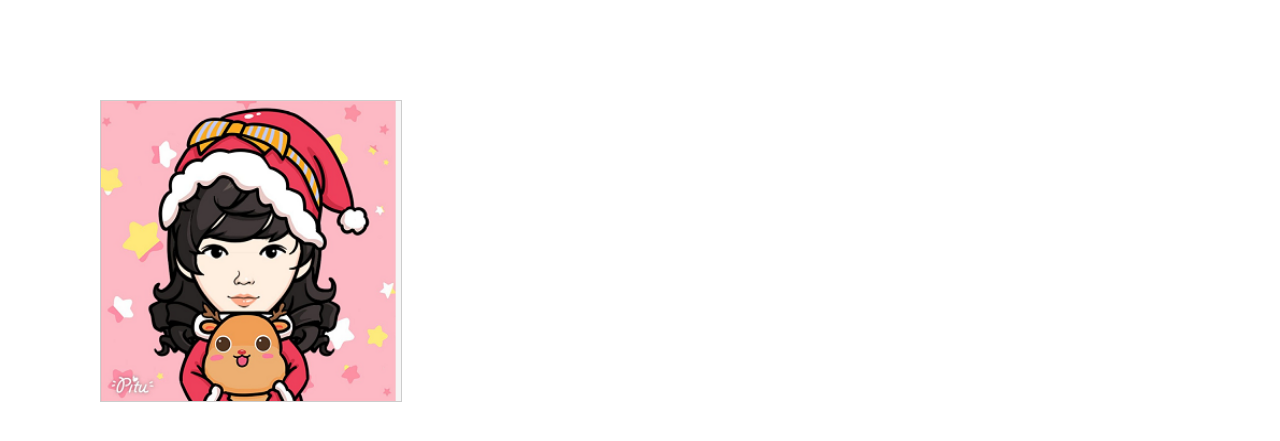
Repository: flyingBirder/webapp
Page: src/views/图片放大2/index.html
The author's editor kept a copy of each file at every save. The page is drawn from the files as they stood at one save, then again after the next save.
The browser window is 1280 px wide. The pictures show the whole page.

Above is the page before, as saved 2018-09-13 16:21:05.

### src/views/图片放大2/index.html
<!DOCTYPE html>
<html lang="en">

<head>
  <meta charset="UTF-8">
  <title>图片放大</title>
  <style>
    * {
      margin: 0px;
      padding: 0px;
    }

    .small-box {
      width: 300px;
      height: 300px;
      margin-left: 100px;
      margin-top: 100px;
      border: 1px #ccc solid;
      cursor: move;
      float: left;
      position: relative;
    }

    .small-box img {
      width: 300px;
      height: 300px;
    }

    .tool {
      width: 150px;
      height: 150px;
      background-color: gold;
      opacity: 0.6;
      filter: alpha(opacity=60);
      position: absolute;
      left: 0px;
      top: 0px;
      display: none;
    }

    .tool.active {
      display: block;
    }

    .big-box {
      width: 300px;
      height: 300px;
      border: 1px #ccc solid;
      overflow: hidden;
      float: left;
      margin-top: 100px;
      position: relative;
      display: none;
    }

    .big-box.active {
      display: block;
    }

    .big-box img {
      width: 600px;
      height: 600px;
      position: absolute;
    }
  </style>
</head>

<body>
  <div class="small-box" id="smallBox">
    <img src="img1.jpg" />
    <div class="tool" id="tool"></div>
  </div>
  <div class="big-box" id="bigBox">
    <img src="img1.jpg" id="bigImg" />
  </div>
  <script>
    /*
     第一步：当页面加载完后，获取所要操作的节点对象。
     第二步：为smallBox添加一个鼠标浮动事件
        当鼠标浮动到smallBox可视区域的时候，显示出小黄盒子tool
        和右边的大盒子（小黄盒子的放大版）bigBox
        添加active

       为smallBox添加一个鼠标离开事件
        隐藏小黄盒子和右边的大盒子
        去掉active

     第三步：为smallBox添加一个鼠标移动事件
       小黄盒子tool要跟着鼠标的坐标移动
       右边的大盒子里的图片也跟着指定的比例移动
    */
    var smallBox = document.getElementById("smallBox");//小盒子
    var tool = document.getElementById("tool");//小盒子中的黄色区域
    var bigBox = document.getElementById("bigBox");//大盒子
    var bigImg = document.getElementById("bigImg");//放大的图片
    //鼠标进入小盒子区域内，显示黄色区域和大盒子
    smallBox.onmouseenter = function () {
      tool.className = "tool active";
      bigBox.className = "big-box active";
    }
    //鼠标离开小盒子区域，不显示黄色区域和大盒子
    smallBox.onmouseleave = function () {
      tool.className = "tool";
      bigBox.className = "big-box";
    }
    //鼠标在小盒子内移动
    smallBox.onmousemove = function (e) {
      var _e = window.event || e;//事件对象
      var x = _e.clientX - this.offsetLeft - tool.offsetWidth / 2;//事件对象在小盒子内的横向偏移量
      var y = _e.clientY - this.offsetTop - tool.offsetHeight / 2;//竖向偏移量
      if (x < 0) {
        x = 0;//当左偏移出小盒子时，设为0
      }
      if (y < 0) {
        y = 0;//当上偏移出小盒子时，设为0
      }
      if (x > this.offsetWidth - tool.offsetWidth) {
        x = this.offsetWidth - tool.offsetWidth;//当右偏移出小盒子时，设为小盒子的宽度-黄色放大区域宽度
      }
      if (y > this.offsetHeight - tool.offsetHeight) {
        y = this.offsetHeight - tool.offsetHeight;//当下偏移出小盒子时，设为小盒子的高度-黄色放大区域高度
      }
      tool.style.left = x + "px";//黄色放大区域距离小盒子左偏距
      tool.style.top = y + "px";//黄色放大区域距离小盒子上偏距
      bigImg.style.left = -x * 2 + "px";//放大图片移动方向相反，偏移距离加倍
      bigImg.style.top = -y * 2 + "px";
    }
  </script>
</body>

</html>

After the next save:
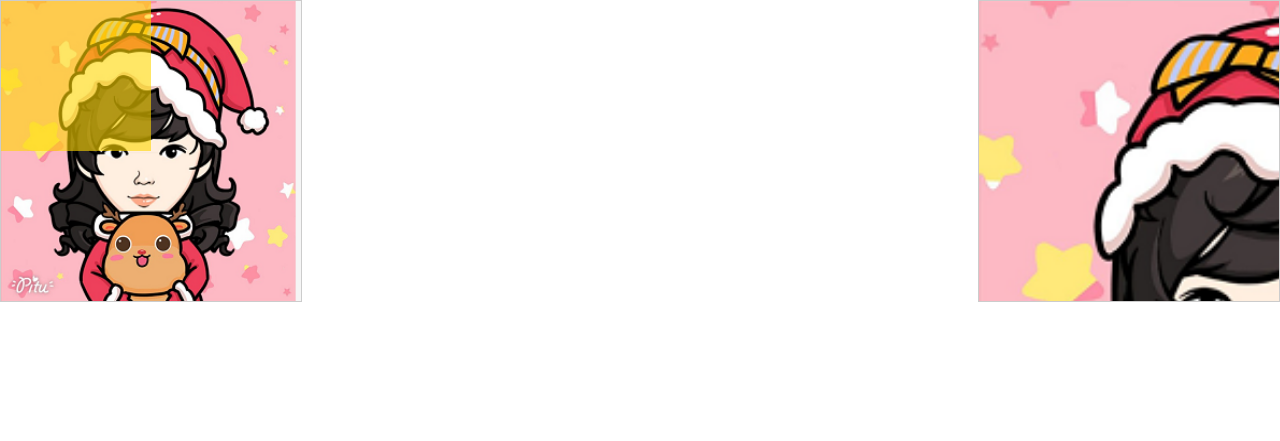
Saved 17 h 54 min later.
--- a/src/views/图片放大2/index.html
+++ b/src/views/图片放大2/index.html
@@ -13,8 +13,7 @@
     .small-box {
       width: 300px;
       height: 300px;
-      margin-left: 100px;
-      margin-top: 100px;
+
       border: 1px #ccc solid;
       cursor: move;
       float: left;
@@ -47,8 +46,8 @@
       height: 300px;
       border: 1px #ccc solid;
       overflow: hidden;
-      float: left;
-      margin-top: 100px;
+      float: right;
+
       position: relative;
       display: none;
     }
